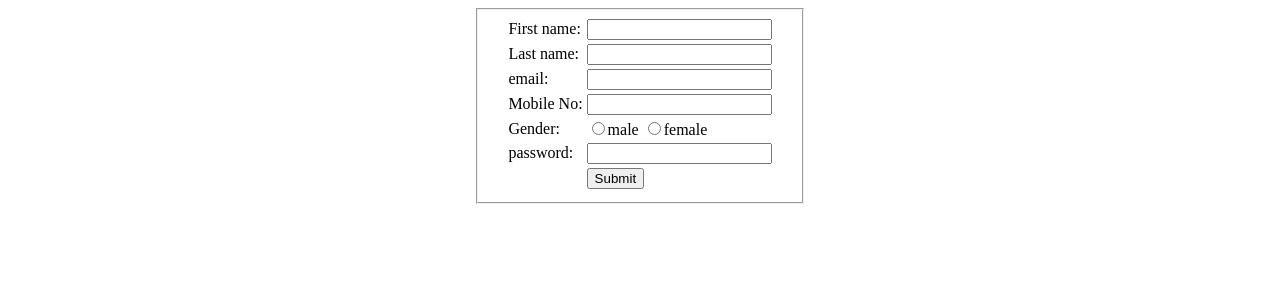
Repository: Hanish2/Springboot
Page: http://localhost/digi-page/pages/userRegister.jsp
An editor plug-in stored every save of this project. The page is shown before and after the next save, followed by the edit.
The browser window is 1280 px wide. The pictures show the whole page.
The page is served by Tomcat 9. Other server files are loaded and not shown.

Above is the page before, as saved 2022-10-19 09:58:27.

### socialmediapage/digi-page/src/main/webapp/pages/userRegister.jsp
<%@ page language="java" contentType="text/html; charset=ISO-8859-1"
    pageEncoding="ISO-8859-1"%>
<!DOCTYPE html>
<html>
<head>
<meta charset="ISO-8859-1">
<title>Register</title>
<script>
function check_pass() {
    if (document.getElementById('password').value ==
            document.getElementById('conf-password').value) {
        document.getElementById('submit').disabled = false;
    } else {
        document.getElementById('submit').disabled = true;
    }
}
</script>
</head>
<body>
<center>
<fieldset style="width:300px;">
<table>

<form action="register" method="post">
 <tr>
  <td>First name:</td>
  <td>  <input type="text" id="fname" name="firstname"></td>
 </tr>
 <tr>
 <td> Last name:</td>
 <td> <input type="text" id="lname" name="lastname"></td>
 </tr>
  <tr>
  <td>email:</td>
 <td> <input type="email" id="email" name="email"></td>
 </tr>
 <tr>
  <td>Mobile No:</td>
  <td> <input type="number" id="mobile" name="mobile"></td>
  </tr>
 <!-- <tr>
  <td>date of birth:</td>
  <td><input type="date" id="date" name="dateofbirth"></td>
  </tr> -->
  <tr>
  <td>Gender:</td>
  <td><input type="radio" id="checkbox" name="gender" value="male">male
  <input type="radio" id="checkbox" name="gender" value="female">female</td></tr>
  <tr>
  <td>password:</td>
  <td><input type="password" id="password" name="password" onchange="check_pass();"></td></tr>

  <tr>
  <td>&nbsp</td>
  <td><input type="submit" value="Submit"></td></tr>
</form>
</table>
</fieldset>
</center>
</body>
</html>

After the next save:
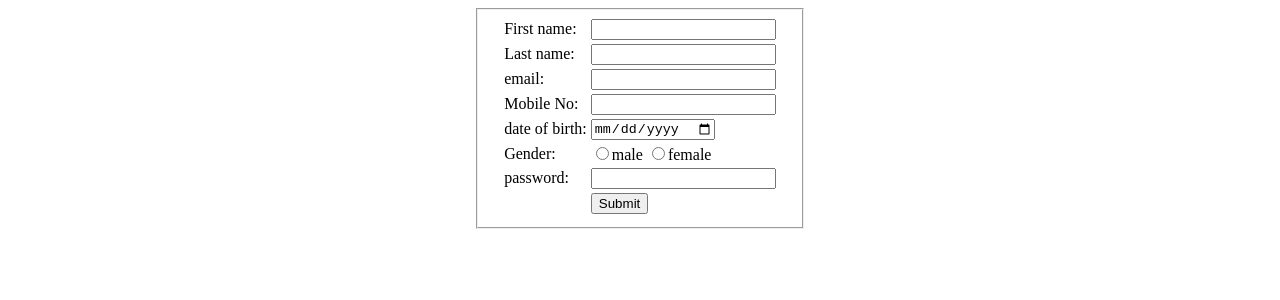
Saved 3 min 53 s later.
--- a/socialmediapage/digi-page/src/main/webapp/pages/userRegister.jsp
+++ b/socialmediapage/digi-page/src/main/webapp/pages/userRegister.jsp
@@ -38,10 +38,10 @@ function check_pass() {
   <td>Mobile No:</td>
   <td> <input type="number" id="mobile" name="mobile"></td>
   </tr>
- <!-- <tr>
+  <tr>
   <td>date of birth:</td>
   <td><input type="date" id="date" name="dateofbirth"></td>
-  </tr> -->
+  </tr>
   <tr>
   <td>Gender:</td>
   <td><input type="radio" id="checkbox" name="gender" value="male">male
